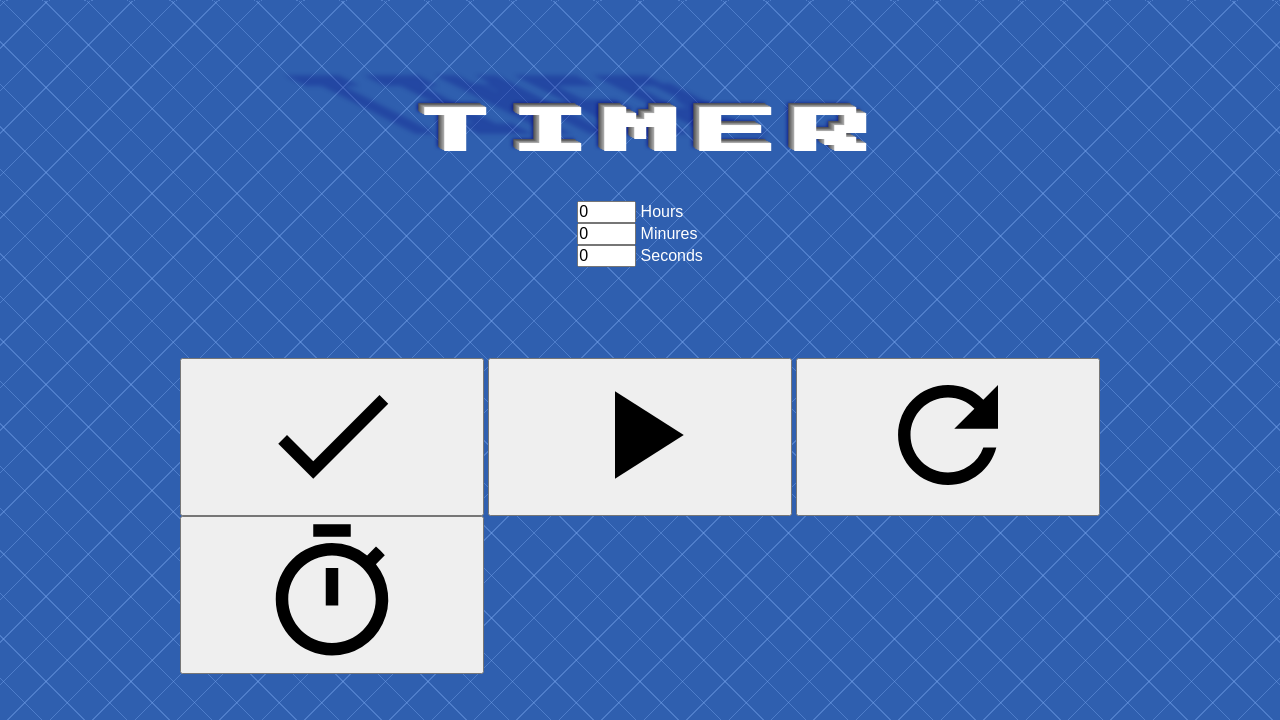
Repository: KrzysKolo/Projekt-12_Timer
Page: index.html
An editor plug-in stored every save of this project. The page is shown before and after the next save, followed by the edit.
The browser window is 1280 px wide. The pictures show the whole page.
Some web fonts or font styles are not loaded; a fallback is used.

Above is the page before, as saved 2020-06-24 22:04:06.

### index.html
<!DOCTYPE html>
<html lang="en">
  <head>
    <meta charset="UTF-8" />
    <meta name="viewport" content="width=device-width, initial-scale=1.0" />
    <title>Taimer</title>
    <link
      href="https://fonts.googleapis.com/css2?family=Aldrich&family=Press+Start+2P&display=swap"
      rel="stylesheet"
    />

    <link rel="stylesheet" href="./css/style.css" />
  </head>
  <body>
    <main class="timer">
      <header class="timer__header">
        <h1 class="timer__heading" data-text="TIMER">
          Timer
        </h1>
      </header>
      <article class="timer__clock">
        <!-- input hours-->
        <section class="clock">
          <input
            type="number"
            name="hours"
            id="hours"
            value="0"
            min="0"
            max="99"
            class="clock__input"
            data-timer-input__hours
          />
          <label for="hours" class="clock__label">Hours</label>
        </section>
        <!-- input minutes-->
        <section class="clock">
          <input
            type="number"
            name="minutes"
            id="minutes"
            value="0"
            min="0"
            max="59"
            class="clock__input"
            data-timer-input__minutes
          />
          <label for="minutes" class="clock__label">Minures</label>
        </section>
        <!-- input seconds -->
        <section class="clock">
          <input
            type="number"
            name="seconds"
            id="seconds"
            value="0"
            min="0"
            max="59"
            class="clock__input"
            data-timer-input__seconds
          />
          <label for="seconds" class="clock__label">Seconds</label>
        </section>
      </article>
      <article class="timer__buttons">
        <!-- button 1 -->
        <button class="button">
          <svg class="button__icon">
            <use xlink:href="./assets/icons/sprite.svg#done-24px"></use>
          </svg>
        </button>
        <!-- button 2 -->
        <button class="button">
          <svg class="button__icon">
            <use xlink:href="./assets/icons/sprite.svg#play_arrow-24px"></use>
          </svg>
        </button>
        <!-- button 3 -->
        <button class="button">
          <svg class="button__icon">
            <use xlink:href="./assets/icons/sprite.svg#refresh-24px"></use>
          </svg>
        </button>
        <!-- dźwięk -->
        <section class="timer__audio">
          <audio src="./assets/sounds/alarm.mp3" loop></audio>
          <button class="button">
            <svg class="button__icon button__icon--alarm">
              <use xlink:href="./assets/icons/sprite.svg#timer-24px"></use>
            </svg>
          </button>
        </section>
      </article>
    </main>
  </body>
</html>

### css/style.css
*,
*::before,
*::after {
  padding: 0;
  margin: 0;
  box-sizing: inherit;
  font-size: 16px;
}
body {
  box-sizing: border-box;
  color: #fff;
  font-family: "Aldrich", sans-serif;
  background-color: #2f5faf;
  background-position: 0 1px;

  background-image: -webkit-repeating-linear-gradient(
      deg,
      rgba(125, 170, 242, 0.4),
      rgba(125, 170, 242, 0.4) 1px,
      transparent 1px,
      transparent 30px
    ),
    -webkit-repeating-linear-gradient(90deg, rgba(125, 170, 242, 0.4), rgba(
            125,
            170,
            242,
            0.4
          )
          1px, transparent 1px, transparent 30px);
  background-image: repeating-linear-gradient(
      -45deg,
      rgba(125, 170, 242, 0.4),
      rgba(125, 170, 242, 0.4) 1px,
      transparent 1px,
      transparent 30px
    ),
    repeating-linear-gradient(
      45deg,
      rgba(125, 170, 242, 0.4),
      rgba(125, 170, 242, 0.4) 1px,
      transparent 1px,
      transparent 30px
    );
}
.timer {
  width: 100vw;
  height: 100vh;
  position: relative;

  display: flex;
  flex-direction: column;
  justify-content: space-around;
  align-items: flex-start;
  align-items: center;
}
.timer__header {
}

.timer__heading {
  font-family: "Press Start 2P", cursive;
  font-size: 4rem;
  text-transform: uppercase;
  position: relative;
  top: 50%;
  left: -25%;
  transform: calc(-50%, -50%);
  color: rgba(0, 0, 0, 0);

  transform: skew(63deg, 0deg);
  letter-spacing: 15px;
  text-shadow: 0 0 3px rgba(0, 0, 128, 0.25);
  z-index: 50;
}
.timer__heading::after {
  content: attr(data-text);
  font-family: "Press Start 2P", cursive;
  font-size: 5rem;
  position: absolute;
  top: 15px;
  left: 25px;
  color: rgba(255, 255, 255, 1);

  transform: skew(-63deg) scale(1, 0.6);

  text-shadow: -1px -1px 1px #aaa, -2px -2px 1px #999, -3px -3px 1px #888,
    -4px -4px 1px #777, -5px -5px 1px #666, -6px -6px 1px #555,
    -7px -7px 5px rgba(0, 0, 128, 0.75);
  z-index: 100;
}

After the next save:
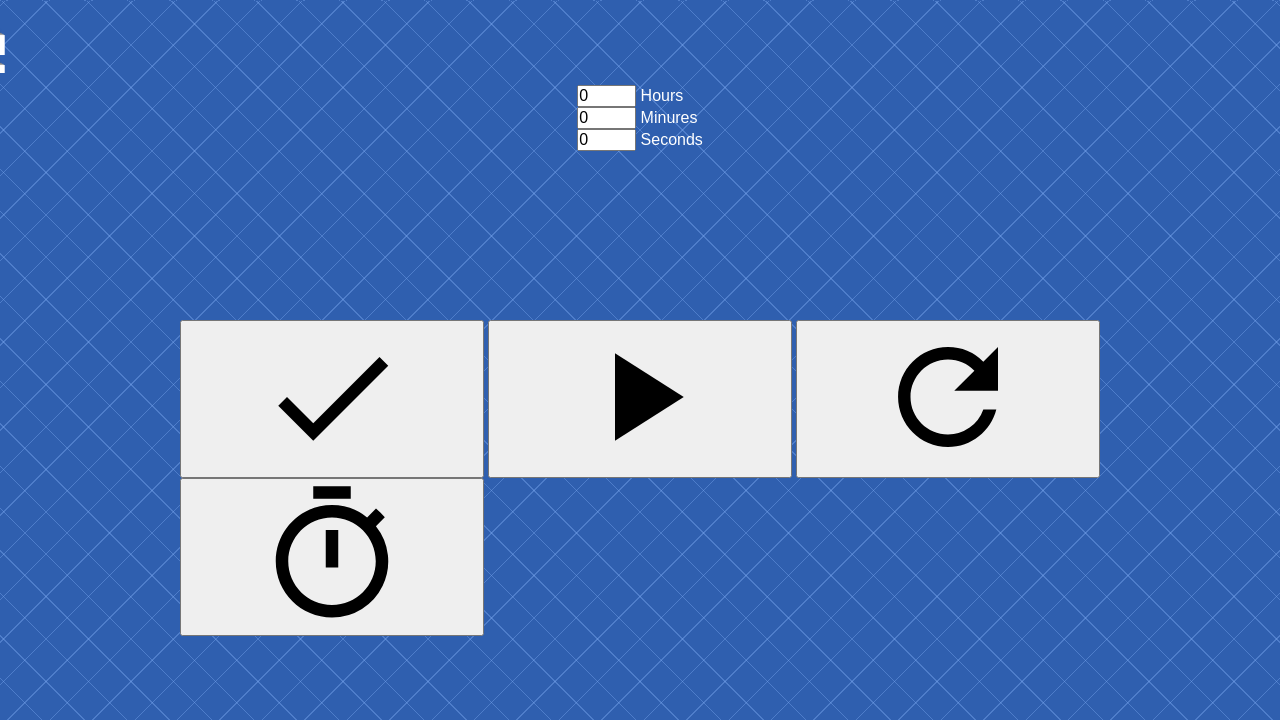
Saved 5 min 36 s later.
--- a/css/style.css
+++ b/css/style.css
@@ -54,6 +54,10 @@
   align-items: center;
 }
 .timer__header {
+  position: fixed;
+  top: 0;
+  left: -25%;
+  transform: translateX(-50%);
 }
 
 .timer__heading {
@@ -61,9 +65,7 @@
   font-size: 4rem;
   text-transform: uppercase;
   position: relative;
-  top: 50%;
-  left: -25%;
-  transform: calc(-50%, -50%);
+
   color: rgba(0, 0, 0, 0);
 
   transform: skew(63deg, 0deg);

After the save that followed:
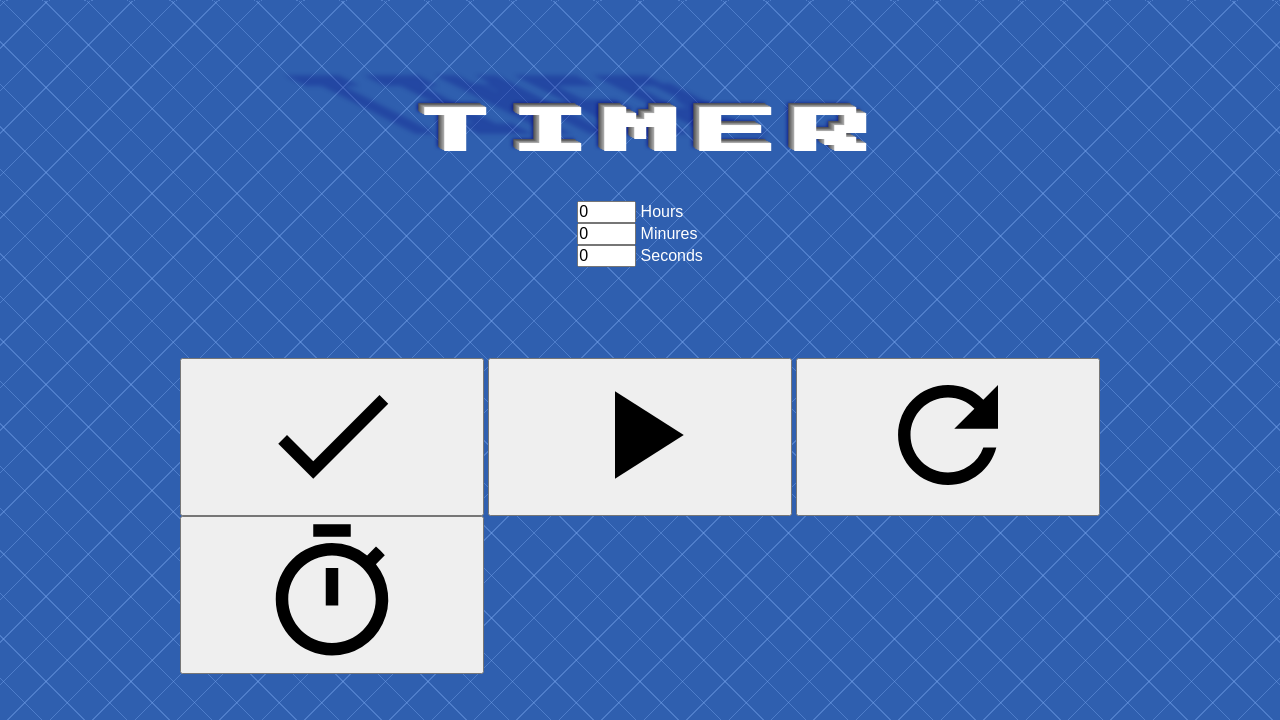
Saved 16 s later.
--- a/css/style.css
+++ b/css/style.css
@@ -54,10 +54,6 @@
   align-items: center;
 }
 .timer__header {
-  position: fixed;
-  top: 0;
-  left: -25%;
-  transform: translateX(-50%);
 }
 
 .timer__heading {
@@ -65,7 +61,9 @@
   font-size: 4rem;
   text-transform: uppercase;
   position: relative;
-
+  top: 50%;
+  left: -25%;
+  transform: calc(-50%, -50%);
   color: rgba(0, 0, 0, 0);
 
   transform: skew(63deg, 0deg);
